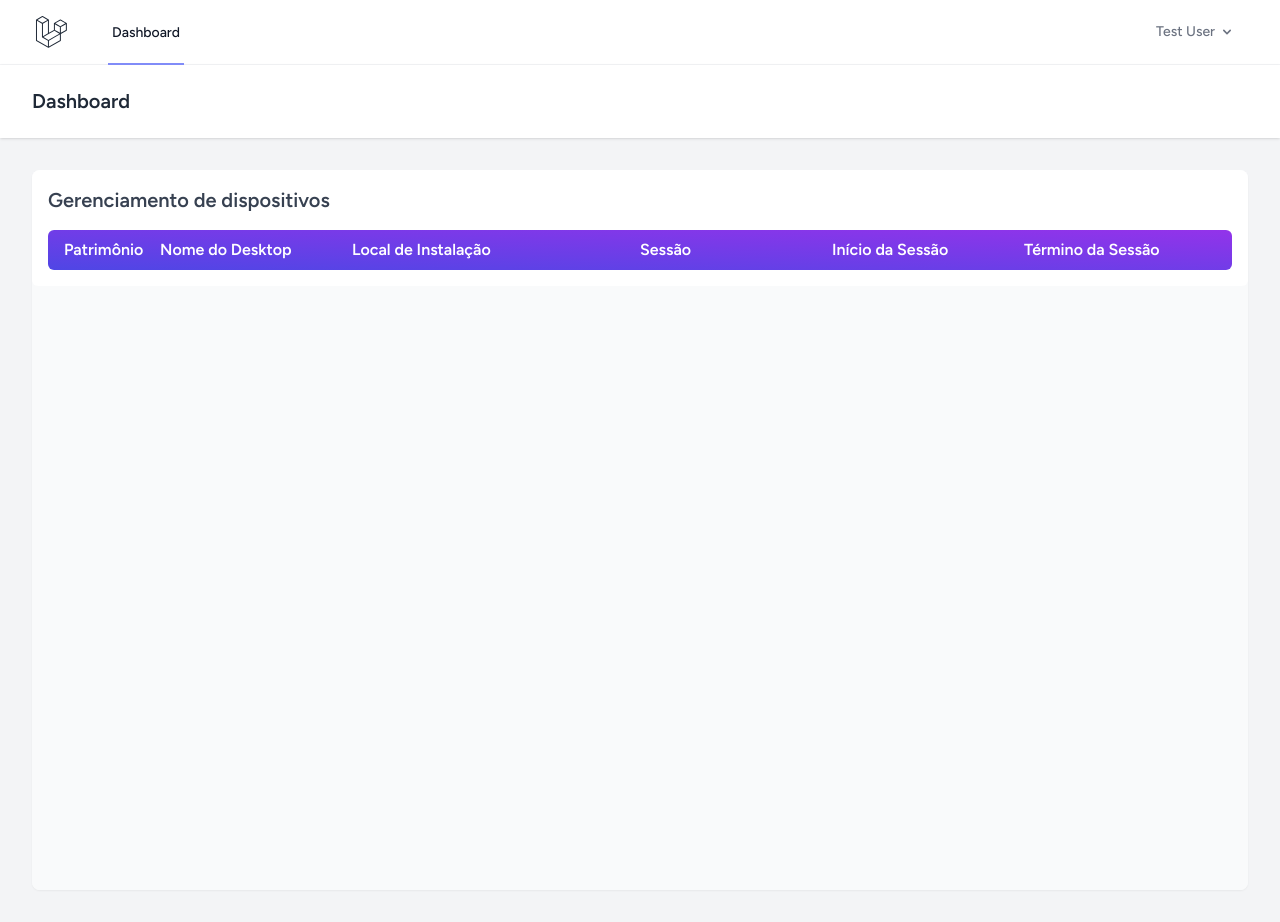
Repository: CrisMorgantee/device-logs
Page: http://localhost/dashboard
The author's editor kept a copy of each file at every save. The page is drawn from the files as they stood at one save, then again after the next save.
The browser window is 1280 px wide. The pictures show the whole page.
The page is served by the project's Laravel application, run on PHP 8.4 with Laravel 10. A made-up administrator, Test User (test@example.com), is signed in. Other server files are loaded and not shown. Style sheets and scripts are compiled from the project's sources, by tool versions that may differ from the author's. Queries for data that is not in the repository find no rows.

Above is the page before, as saved 2023-04-14 23:13:53.

### routes/web.php
<?php

use App\Http\Controllers\ProfileController;
use App\Http\Controllers\DeviceLogsController;
use Illuminate\Support\Facades\Route;

/*
|--------------------------------------------------------------------------
| Web Routes
|--------------------------------------------------------------------------
|
| Here is where you can register web routes for your application. These
| routes are loaded by the RouteServiceProvider and all of them will
| be assigned to the "web" middleware group. Make something great!
|
*/

Route::get('/', function () {
    return view('auth.login');
});

Route::get('/dashboard', [DeviceLogsController::class, 'index'])->middleware(['auth', 'verified'])->name('dashboard');

Route::middleware('auth')->group(function () {
    Route::get('/profile', [ProfileController::class, 'edit'])->name('profile.edit');
    Route::patch('/profile', [ProfileController::class, 'update'])->name('profile.update');
    Route::delete('/profile', [ProfileController::class, 'destroy'])->name('profile.destroy');
});

require __DIR__.'/auth.php';

### app/Http/Controllers/DeviceLogsController.php
<?php

namespace App\Http\Controllers;

use App\Models\DeviceLogs;
use Illuminate\Http\Request;

class DeviceLogsController extends Controller
{
    /**
     * Display a listing of the resource.
     */
    public function index()
    {
        $logs = DeviceLogs::all();

        return view('dashboard', ['logs' => $logs]);
    }

    /**
     * Show the form for creating a new resource.
     */
    public function create()
    {
        //
    }

    /**
     * Store a newly created resource in storage.
     */
    public function store(Request $request)
    {
        //
    }

    /**
     * Display the specified resource.
     */
    public function show(DeviceLogs $deviceLogs)
    {
        //
    }

    /**
     * Show the form for editing the specified resource.
     */
    public function edit(DeviceLogs $deviceLogs)
    {
        //
    }

    /**
     * Update the specified resource in storage.
     */
    public function update(Request $request, DeviceLogs $deviceLogs)
    {
        //
    }

    /**
     * Remove the specified resource from storage.
     */
    public function destroy(DeviceLogs $deviceLogs)
    {
        //
    }
}

### app/Models/DeviceLogs.php
<?php

namespace App\Models;

use Illuminate\Database\Eloquent\Factories\HasFactory;
use Illuminate\Database\Eloquent\Model;

class DeviceLogs extends Model
{
    use HasFactory;

    public $fillable = [
        'machine_name',
        'session',
        'patrimony',
        'location'
    ];


    protected $dates = [
      'start_session_at',
      'end_session_at'
  ];

    protected $casts = [
      'start_session_at'=> 'datetime:Y-m-d',
        'end_session_at'=> 'datetime:Y-m-d'
];

}

### resources/views/dashboard.blade.php
<x-app-layout>
  <x-slot name="header">
    <h2 class="text-xl font-semibold leading-tight text-gray-800">
      {{ __('Dashboard') }}
    </h2>
  </x-slot>

  <div class="py-8">
    <div class="mx-auto max-w-7xl sm:px-6 lg:px-8">
      <div class="overflow-hidden bg-white shadow-sm sm:rounded-lg">
        <div class="min-h-screen bg-gray-50">
          <div class="rounded-md bg-white p-4">
            <h2 class="mb-4 text-xl font-bold text-gray-700">Gerenciamento de dispositivos</h2>

            <div
              class="text-md grid grid-cols-12 rounded-md bg-gradient-to-tr from-indigo-600 to-purple-600 py-2 px-4 font-bold text-white">
              <div class="col-span-1">
                <span>Patrimônio</span>
              </div>
              <div class="col-span-2">
                <span>Nome do Desktop</span>
              </div>
              <div class="col-span-3">
                <span>Local de Instalação</span>
              </div>
              <div class="col-span-2">
                <span>Sessão</span>
              </div>
              <div class="col-span-2">
                <span>Início da Sessão</span>
              </div>
              <div class="col-span-2">
                <span>Término da Sessão</span>
              </div>
            </div>
            <div>
              @foreach ($logs as $deviceLog)
                <div class="mt-4 grid grid-cols-12 gap-4 border-t px-4 text-sm font-normal first:border-none">
                  <div class="col-span-1">
                    <span>{{ $deviceLog->patrimony }}</span>
                  </div>
                  <div class="col-span-2">
                    <span>{{ $deviceLog->machine_name }}</span>
                  </div>
                  <div class="col-span-3 truncate">
                    <span>{{ $deviceLog->location }}</span>
                  </div>
                  <div class="col-span-2 truncate">
                    <span>{{ $deviceLog->session }}</span>
                  </div>

                  <div class="col-span-2">
                    <span>{{ $deviceLog->start_session_at->format('d/m/Y') }}</span>
                  </div>
                  <div class="col-span-2">
                    <span>{{ $deviceLog->end_session_at->format('d/m/Y') }}</span>
                  </div>
                </div>
              @endforeach
            </div>
          </div>
        </div>
      </div>
    </div>

</x-app-layout>

Loaded but not shown: app/Providers/AppServiceProvider.php (common file); routes/auth.php (common file); app/Http/Controllers/Auth/EmailVerificationPromptController.php (common file); app/Http/Controllers/Controller.php (common file); app/Http/Controllers/Auth/VerifyEmailController.php (common file); app/Models/User.php (common file); app/View/Components/AppLayout.php (common file); resources/views/layouts/app.blade.php (common file); resources/views/layouts/navigation.blade.php (common file); resources/views/components/application-logo.blade.php (common file); resources/views/components/nav-link.blade.php (common file); resources/views/components/dropdown-link.blade.php (common file); resources/views/components/dropdown.blade.php (common file); resources/views/components/responsive-nav-link.blade.php (common file); resources/css/app.css (common file); tailwind.config.js (common file); resources/js/app.js (common file); resources/js/bootstrap.js (common file)

After the next save:
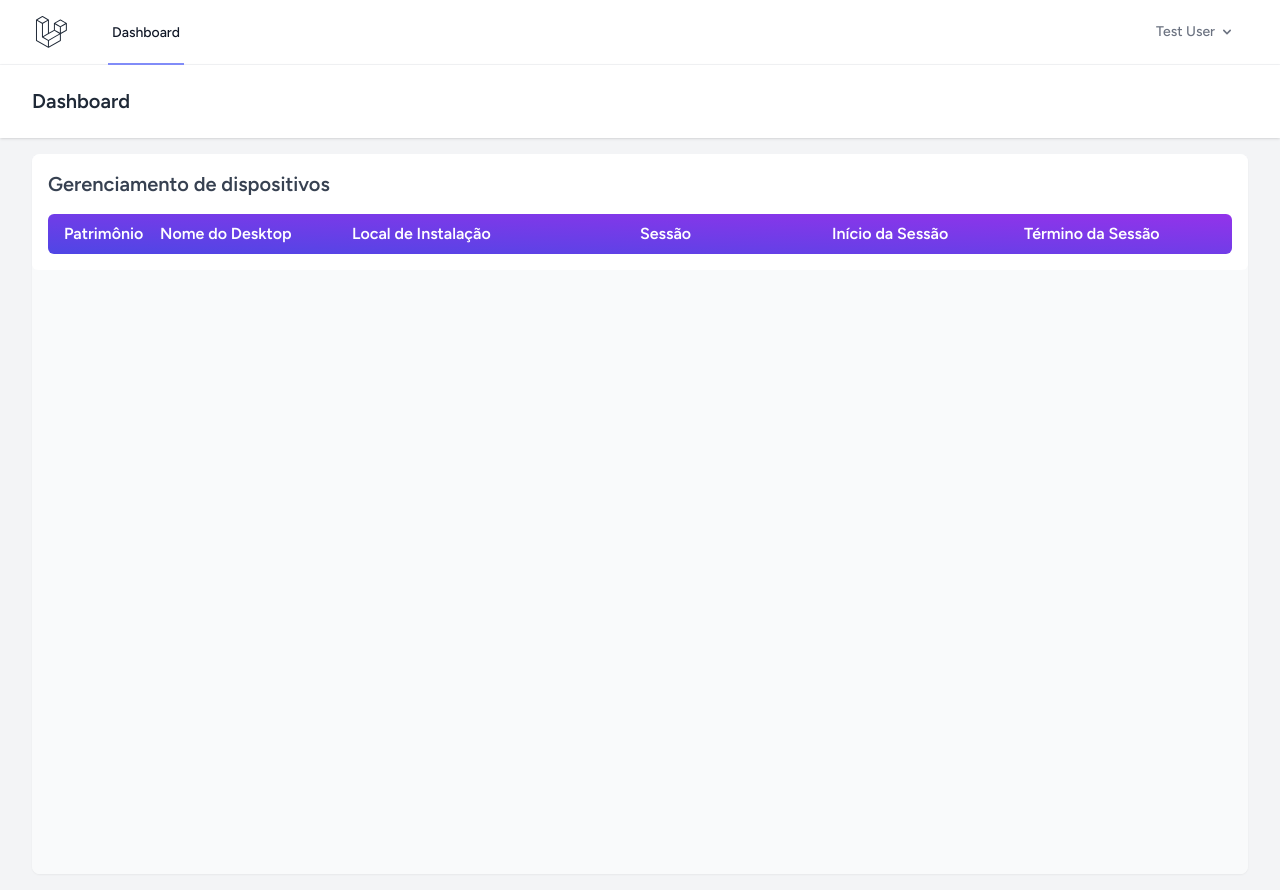
Saved 6 s later.
--- a/resources/views/dashboard.blade.php
+++ b/resources/views/dashboard.blade.php
@@ -5,7 +5,7 @@
     </h2>
   </x-slot>
 
-  <div class="py-8">
+  <div class="py-4">
     <div class="mx-auto max-w-7xl sm:px-6 lg:px-8">
       <div class="overflow-hidden bg-white shadow-sm sm:rounded-lg">
         <div class="min-h-screen bg-gray-50">
